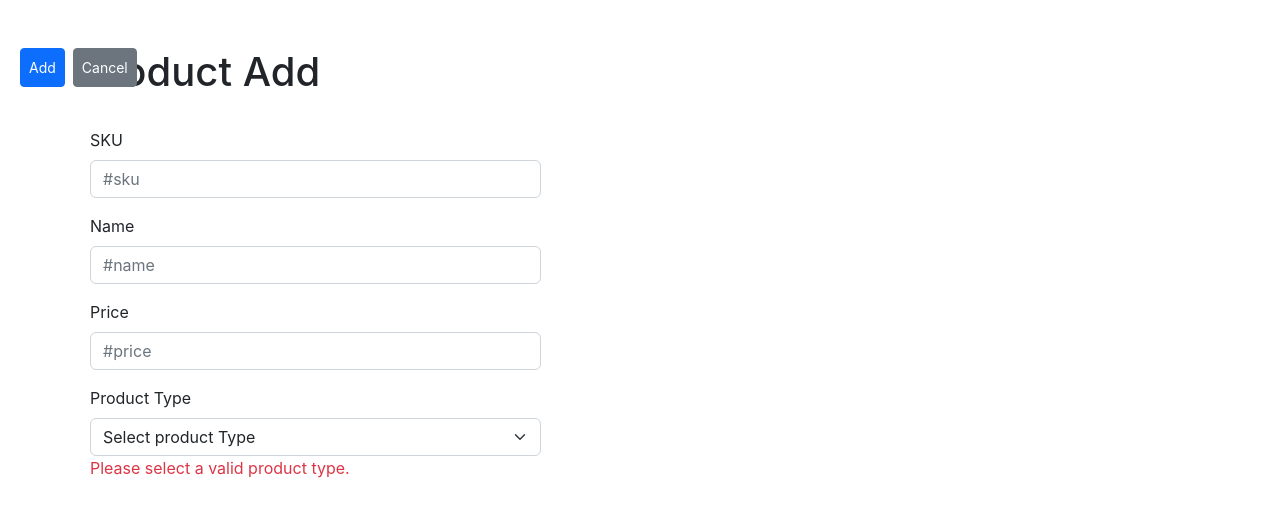
Repository: MagdyAbouelnasr/scandiweb_project
Page: /addproduct
These files come from the project's save history. The page is drawn as it stood at one moment and after the next save; the edit follows.
The browser window is 1280 px wide. The pictures show the whole page.
The project was rebuilt for these pictures with package versions that can differ from the ones it lists, and the page was loaded fresh each time. Also part of the build but not shown: src/App.css, src/components/Product/Product-style.scss, src/components/Product/Product.css, src/components/Pages/ProductList.jsx, src/components/ProductAdd/Book.component.jsx, src/components/ProductAdd/DVD.component.jsx, src/components/ProductAdd/Furniture.component.jsx, src/App.jsx.

Above is the page before, as saved 2023-05-09 01:17:28.

### public/index.html
<!DOCTYPE html>
<html lang="en">
  <head>
    <meta charset="utf-8" />
    <link rel="icon" href="%PUBLIC_URL%/favicon.ico" />
    <meta name="viewport" content="width=device-width, initial-scale=1" />
    <meta name="theme-color" content="#000000" />
    <meta
      name="description"
      content="Web site created using create-react-app"
    />
    <link rel="apple-touch-icon" href="%PUBLIC_URL%/logo192.png" />
    <!--
      manifest.json provides metadata used when your web app is installed on a
      user's mobile device or desktop. See https://developers.google.com/web/fundamentals/web-app-manifest/
    -->
    <link rel="manifest" href="%PUBLIC_URL%/manifest.json" />
    <!--
      Notice the use of %PUBLIC_URL% in the tags above.
      It will be replaced with the URL of the `public` folder during the build.
      Only files inside the `public` folder can be referenced from the HTML.

      Unlike "/favicon.ico" or "favicon.ico", "%PUBLIC_URL%/favicon.ico" will
      work correctly both with client-side routing and a non-root public URL.
      Learn how to configure a non-root public URL by running `npm run build`.
    -->
    <title>React App</title>
    <link
  rel="stylesheet"
  href="https://cdn.jsdelivr.net/npm/bootstrap@5.2.3/dist/css/bootstrap.min.css"
  integrity="sha384-rbsA2VBKQhggwzxH7pPCaAqO46MgnOM80zW1RWuH61DGLwZJEdK2Kadq2F9CUG65"
  crossorigin="anonymous"
/>
  </head>
  <body>
    <noscript>You need to enable JavaScript to run this app.</noscript>
    <div id="root"></div>
    <!--
      This HTML file is a template.
      If you open it directly in the browser, you will see an empty page.

      You can add webfonts, meta tags, or analytics to this file.
      The build step will place the bundled scripts into the <body> tag.

      To begin the development, run `npm start` or `yarn start`.
      To create a production bundle, use `npm run build` or `yarn build`.
    -->
  </body>
</html>

### src/index.js
import React from 'react';
import ReactDOM from 'react-dom/client';
import './index.scss';
import App from './App';
import {
  createBrowserRouter,
  RouterProvider,

} from "react-router-dom";
import ProductAdd from './components/Pages/ProductAdd';


const router = createBrowserRouter([
  {
    path: "/",
    element: <App />,
  },
  {
    path: "addproduct",
    element: <ProductAdd />,
  },
]);

const root = ReactDOM.createRoot(document.getElementById('root'));
root.render(
  <RouterProvider router={router} />
);

### src/index.scss
$background-default: #D5D5D5;


body {
  margin: 0;
  font-family: -apple-system, BlinkMacSystemFont, 'Segoe UI', 'Roboto', 'Oxygen',
    'Ubuntu', 'Cantarell', 'Fira Sans', 'Droid Sans', 'Helvetica Neue',
    sans-serif;
  -webkit-font-smoothing: antialiased;
  -moz-osx-font-smoothing: grayscale;
}

code {
  font-family: source-code-pro, Menlo, Monaco, Consolas, 'Courier New',
    monospace;
}

.fade-in {
  opacity: 0;
  transition: opacity 0.3s ease-in-out;
  &.fade-in-active {
    opacity: 1;
  }
}

### src/components/Pages/ProductAdd.jsx
// import { useNavigate } from 'react-router-dom';
// import { useState } from 'react';
// import Form from 'react-bootstrap/Form';
// import SelectProductType from '../ProductAdd/Selectcmp';
// import Button from 'react-bootstrap/Button';
// import axios from 'axios';

// function ProductAdd() {
//   const navigate = useNavigate();

//   const  [inputs , setInputs] = useState({});

//   const handleChange = (e) => {
//     const name = e.target.name;
//     const value = e.target.value;
//     setInputs(values => ({values, [name]: value}))
//   }
//   const handleSubmit = (e) => {
//     e.preventDefault();
//     axios.post('http://localhost:8000/addproduct', inputs).then((response)=>{
//       console.log(response.data);
//       navigate('/');
//     });

//     // console.log(inputs)
//   }



//   return (
//     <Form id="product_form" onSubmit={handleSubmit}>
//     <div className="container mt-5">
//       <div className="row">
//       <h1 className="page-header text-header col-md-8 text-start ">Product Add</h1>
//       <div className='col-4 float-end'>
//         <Button  type="submit" className='p-2 ms-2' variant="primary" size="sm">
//           Add
//         </Button>
//         <Button onClick={()=> navigate(-1)}  className='p-2 ms-2' variant="secondary" size="sm">
//           Cancel
//         </Button>
//       </div>
//       </div>
//     <br/>
//     <div className="row">

//     <div className="col-md-5 mx-2">
//       <Form.Group className="mb-3 mx-left" id="productInputSKU">
//         <Form.Label>SKU</Form.Label>
//         <Form.Control type="text" name="sku" placeholder="#sku" onChange={handleChange} />
//       </Form.Group>
//       <Form.Group className="mb-3" id="productInputName">
//         <Form.Label>Name</Form.Label>
//         <Form.Control type="text" name="name" placeholder="#name" onChange={handleChange} />
//       </Form.Group>
//       <Form.Group className="mb-3" id="productInputPrice">
//         <Form.Label>Price</Form.Label>
//         <Form.Control type="number" name="price" placeholder="#price" onChange={handleChange} />
//       </Form.Group>
//       <Form.Group className="mb-3" id="ProductType">
//       <Form.Label>Product Type</Form.Label>
//         <SelectProductType/>
//       </Form.Group>
//     </div>
//     </div>
//     </div>
//     </Form>
//   );
// }

// export default ProductAdd;
import { useNavigate } from 'react-router-dom';
import { useState } from 'react';
import Form from 'react-bootstrap/Form';
import SelectProductType from '../ProductAdd/Selectcmp';
import Button from 'react-bootstrap/Button';
import axios from 'axios';

function ProductAdd() {
  const navigate = useNavigate();

  const [inputs, setInputs] = useState({});
  const [errors, setErrors] = useState({});

  const handleChange = (e) => {
    console.log(e.target.value);
    console.log(e.target.name);
    const name = e.target.name;
    const value = e.target.value;

    setInputs((values) => ({ ...values, [name]: value }));
    validate()
    };

    // const handleRecievedData = (e) =>{
    //   const name = e.target.name;
    //   const value = e.target.value;
    //   setInputs((values) => ({ ...values, [name]: value }));
    //   console.log(e.name, e.value);
    // }

  // Form validation function
  const validate = () => {
    let newErrors = {};
    if (!inputs.sku) newErrors.sku = 'SKU is required';
    if (inputs.sku && inputs.sku.length > 9) newErrors.sku = 'SKU must be at most 9 characters';
    if (!inputs.name) newErrors.name = 'Name is required';
    if (inputs.price === undefined || inputs.price === '') newErrors.price = 'Price is required';
    if (inputs.price < 0) newErrors.price = 'Price cannot be negative';
    if (!inputs.product_attribute_value) newErrors.ProductType = 'please select a ProductType and provide a value';
    setErrors(newErrors);
    return Object.keys(newErrors).length === 0;
  };

  const handleSubmit = (e) => {
    e.preventDefault();
    if (validate()) {
      axios.post('http://localhost:8000/addproduct', inputs).then((response) => {
        console.log(response.data);
        navigate('/');
      });
    }
  };

  return (
    <Form id="product_form" onSubmit={handleSubmit}>
      <div className="container  mt-5">
        <div className="row">
          <h1 className="page-header text-header col-md-8 text-start ">Product Add</h1>
          <div className="col-4 float-end position-absolute start-0">
            <Button type="submit" className="p-2 ms-2" variant="primary" size="sm">
              Add
            </Button>
            <Button
              onClick={() => navigate(-1)}
              className="p-2 ms-2"
              variant="secondary"
              size="sm"
            >
              Cancel
            </Button>
          </div>
        </div>
        <br />
        <div className="row">
          <div className="col-md-5 mx-2">
            <Form.Group className="mb-3 mx-left" id="productInputSKU">
              <Form.Label>SKU</Form.Label>
              <Form.Control
                type="text"
                name="sku"
                maxLength="9"
                placeholder="#sku"
                onChange={handleChange}
                required
              />
              {errors.sku && <Form.Text className="text-danger">{errors.sku}</Form.Text>}
            </Form.Group>
            <Form.Group className="mb-3" id="productInputName">
              <Form.Label>Name</Form.Label>
              <Form.Control
                type="text"
                name="name"
                placeholder="#name"
                onChange={handleChange}
                required
              />
              {errors.name && <Form.Text className="text-danger">{errors.name}</Form.Text>}
            </Form.Group>
            <Form.Group className="mb-3" id="productInputPrice">
              <Form.Label>Price</Form.Label>
              <Form.Control
                type="number"
                name="price"
                step="0.01"
                min="0"
                placeholder="#price"
                onChange={handleChange}
                required
              />
              {errors.price && <Form.Text className="text-danger">{errors.price}</Form.Text>}
            </Form.Group>
            <Form.Group className="mb-3" id="ProductType">
              <Form.Label>Product Type</Form.Label>
              <SelectProductType onChange={handleChange}
                required
                name="ProductType"/>
              {errors.ProductType && <Form.Text className="text-danger">{errors.ProductType}</Form.Text>}

            </Form.Group >
          </div>
        </div>
      </div>
    </Form>
  );
}

export default ProductAdd;

### src/components/ProductAdd/Selectcmp.jsx
import React, { useState, useEffect } from "react";
import Form from "react-bootstrap/Form";
import BookComponent from "./Book.component";
import DVDComponent from "./DVD.component";
import FurnitureComponent from "./Furniture.component";

const SelectProductType = (props) => {


  const [type, setType] = useState("selectProductType");
  const [DVDVisible, setDVDVisibility] = useState(false);
  const [bookVisible, setBookVisibility] = useState(false);
  const [FurnitureVisible, setFurnitureVisibility] = useState(false);
  const [isValid, setIsValid] = useState(false);

  const getData = (e) => {
    props.onChange(e);
  };

  useEffect(() => {
    if (["DVD", "Book", "Furniture"].includes(type)) {
      setIsValid(true);
    } else {
      setIsValid(false);
    }
    setDVDVisibility(type === "DVD");
    setBookVisibility(type === "Book");
    setFurnitureVisibility(type === "Furniture");
  }, [type]);

  const handleOnChange = (e) => {
    setType(e.target.value);
    props.onChange(e);
  };

  const [weightData, setWeightData] = useState({});

  const handleWeightChange = (data) => {
    // setWeightData(data);
    // console.log(weightData, 'weight data');
    getData(data);
  };

  return (
    <>
      <Form.Group className="mb-3" id="productInputName">
        <Form.Select
          aria-label="select product type"
          value={type}
          onChange={handleOnChange}
          required
          name="product_type"
        >
          <option value="selectProductType">Select product Type</option>
          <option value="DVD">DVD</option>
          <option value="Book">Book</option>
          <option value="Furniture">Furniture</option>
        </Form.Select>
        {!isValid && (
          <p className="text-danger">
            Please select a valid product type.
          </p>
        )}
        <div>
          {bookVisible && <BookComponent onWeightChange={handleWeightChange} onChange={getData}/>}
          {DVDVisible && <DVDComponent />}
          {FurnitureVisible && <FurnitureComponent />}
        </div>
      </Form.Group>
    </>
  );
};

export default SelectProductType;

### src/components/Product/Product.jsx
import './Product-style.scss';
import './Product.css';
import * as React from 'react';
import Box from '@mui/material/Box';
import Card from '@mui/material/Card';
import CardActions from '@mui/material/CardActions';
import CardContent from '@mui/material/CardContent';
import Typography from '@mui/material/Typography';
import IconButton from '@mui/material/IconButton';
import CropSquareIcon from '@mui/icons-material/CropSquare';
import { useState } from 'react';


const bull = (
  <Box
  component="span"
  sx={{ display: 'inline-block', mx: '2px', transform: 'scale(0.8)' }}
  >
    •
  </Box>
);


const ProductCard = ({ id, sku, name, price, product_attribute, typeValue, selectedProducts }) => {
  const selectedProduct = () => {
    selectedProducts(id)
   }
  return (
    <>
      <CardContent>
        <CardActions>
          <IconButton aria-label="select to delete" className="delete-checkbox" onClick={selectedProduct}>
            <CropSquareIcon />
          </IconButton>
        </CardActions>
        <Typography sx={{ fontSize: 14 }} color="text.secondary" gutterBottom>
          SKU: {sku}
        </Typography>
        {bull}
        <Typography wrap="true" sx={{}} variant="h5" component="div" >
          {name}
        </Typography>
        {bull}
        <Typography sx={{ mb: 1.5 }} color="text.secondary">
          Price: {price}$
        </Typography>
        {bull}
        <Typography variant="body2">
          {product_attribute}: {typeValue} {console.log(product_attribute)}
        </Typography>
      </CardContent>
    </>
  );
};

const Product = ({ product , selectedProducts}) => {

  const selectedProductsDelete = (data) => {
    selectedProducts(data);
  }
// console.log(selectedProducts);
  return (
    <Box sx={{m:2, minWidth: 270, maxWidth: 270 }}>
      <Card variant="outlined">
        <ProductCard selectedProducts={selectedProductsDelete} id={product.id} sku={product.sku} name={product.name} price={product.price} product_attribute={product.product_attribute} typeValue={product.product_attribute_value} />
      </Card>
    </Box>
  );
};

export default Product;

After the next save:
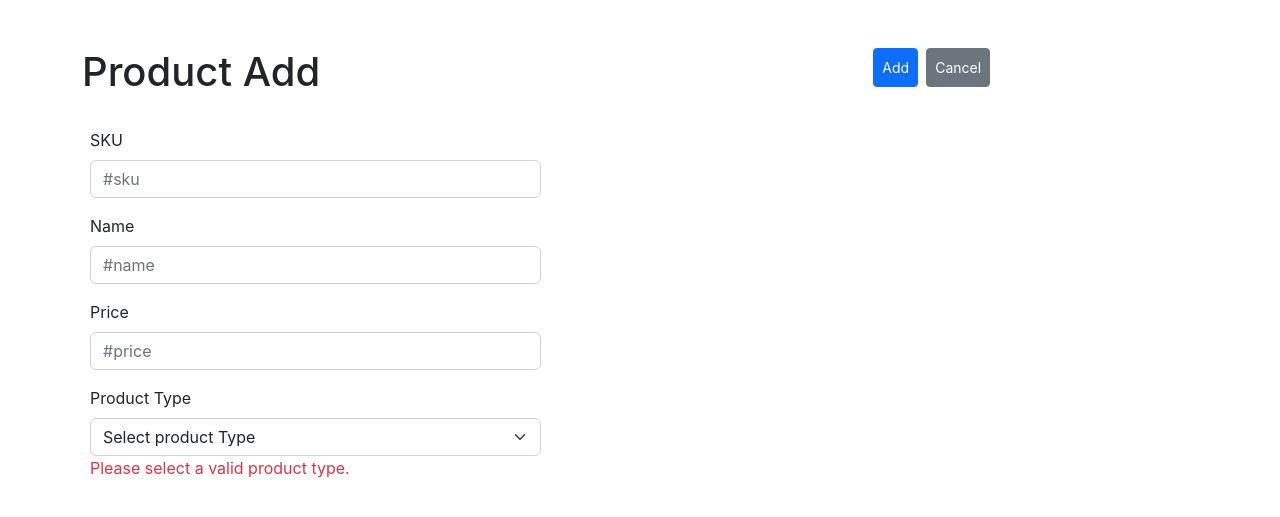
Saved 7 s later.
--- a/src/components/Pages/ProductAdd.jsx
+++ b/src/components/Pages/ProductAdd.jsx
@@ -127,7 +127,7 @@ function ProductAdd() {
       <div className="container  mt-5">
         <div className="row">
           <h1 className="page-header text-header col-md-8 text-start ">Product Add</h1>
-          <div className="col-4 float-end position-absolute start-0">
+          <div className="col-4 float-end position-absolute end-0">
             <Button type="submit" className="p-2 ms-2" variant="primary" size="sm">
               Add
             </Button>
